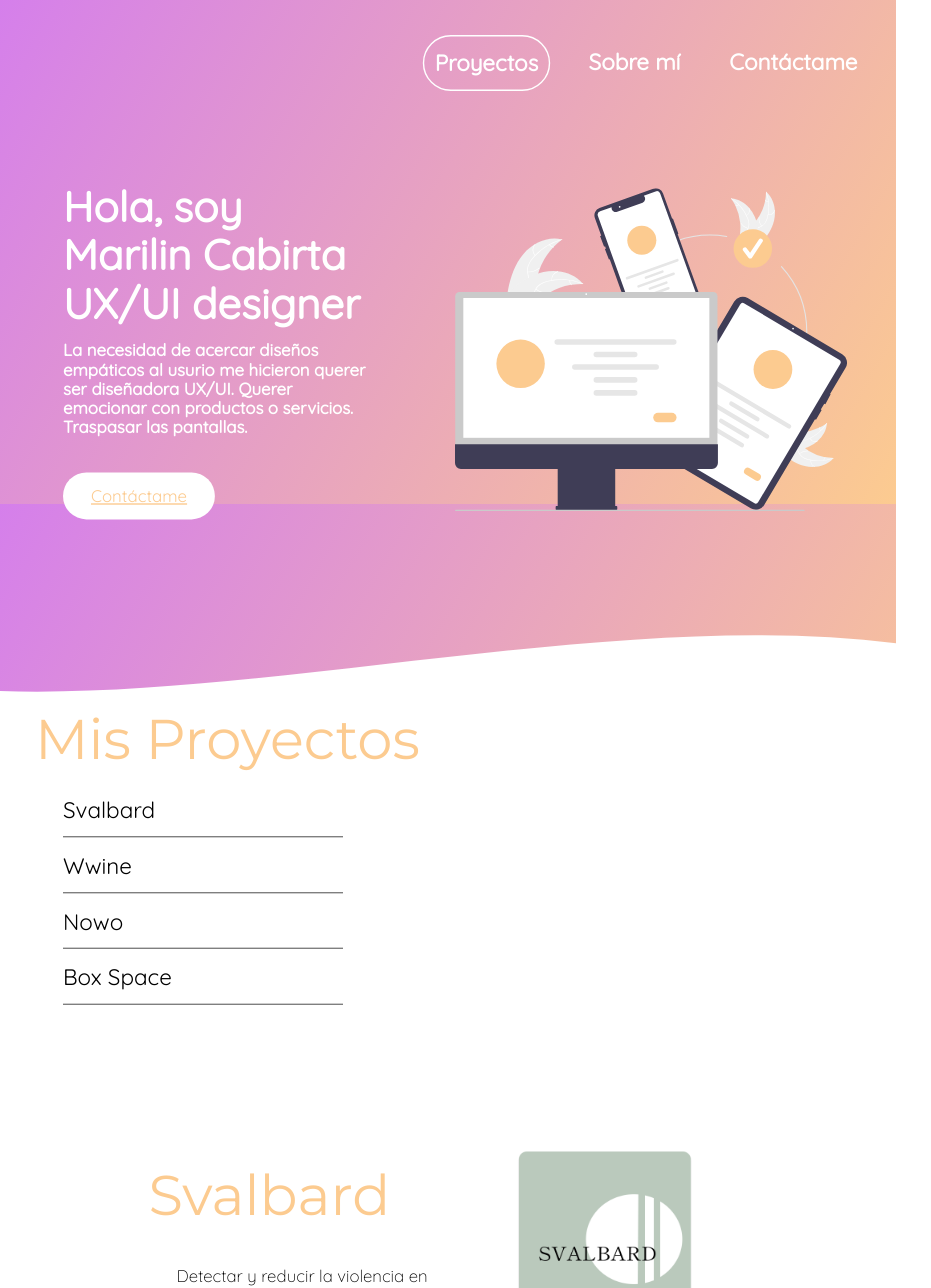
Repository: Marilyncabirta/portfolioHTML
Page: index.html
An editor plug-in stored every save of this project. The page is shown before and after the next save, followed by the edit.
The browser window is 1280 px wide. The page is 1330 px wide, so the pictures cover 1330 px, including what lies to the right of the window. The pictures show the part of the page from y = 0 to 1840 px (the page is 5168 px tall), at 70% of full size.
Backgrounds fixed to the window are drawn as part of the page. Some web libraries are served in a nearby version.

Above is the page before, as saved 2022-12-16 12:24:13.

### index.html
<!DOCTYPE html>
<html lang="es">
<head>
    <meta charset="UTF-8">
    <meta name="viewport" content="width=device-width, initial-scale=1.0">
    <title>Portafolio AlexCG</title>
    <link rel="stylesheet" href="css/normalize.css">
    <link rel="stylesheet" href="css/estilos.css">
    <link rel="preconnect" href="https://fonts.googleapis.com">
<link rel="preconnect" href="https://fonts.gstatic.com" crossorigin>
<link href="https://fonts.googleapis.com/css2?family=Montserrat:wght@100;400;700&family=Quicksand:wght@300;400&display=swap" rel="stylesheet">
</head>


<body>

    <header class="hero">
        <div class="contenedor">
            <nav class="nav">
                <a href="" class="nav__items nav__items--cta">Proyectos</a>
                <a href="" class="nav__items">Sobre mí</a>
                <a href="" class="nav__items">Contáctame</a>
            </nav>

            <section class="hero__contenedor">
                <div class="hero__texts">
                    <h1 class="hero__title">Hola, soy Marilin Cabirta UX/UI designer</h1>
                    <h2 class="hero_subtitle">La necesidad de acercar diseños empáticos al usurio me hicieron querer ser diseñadora UX/UI. Querer emocionar con productos o servicios. Traspasar las pantallas.</h2>
                    <a href="" class="hero_cta">Contáctame</a>
                </div>
                <div class="contenedor_ilustraciones">
                    <img class="hero_image" src="assets/hero1.svg" alt="marilincabirta">
                </div>
            </section>
        </div>
        <div>
            <div class="hero_wave" style= "overflow:hidden;" ><svg viewBox="0 0 500 150" preserveAspectRatio="none" style="height: 100%; width: 100%;"><path d="M-0.56,130.76 C150.00,150.00 349.20,-49.99 503.38,30.10 L500.00,150.00 L0.00,150.00 Z" style="stroke: none; fill: #fff;"></path></svg></div>
        </div>
    </header>

    <main >
        <section class="presentacion__container">
            <h2 class="subtitle">Mis Proyectos</h2>
            <div class="lista">
                <ul>
                    <li><a class="nombres" href="#">Svalbard<a></li>
                        <div class="linea"></div>
                    <li><a class="nombres" href="#">Wwine</a></li>
                        <div class="linea"></div>
                    <li><a class="nombres" href="#">Nowo</a></li>
                        <div class="linea"></div>
                    <li><a class="nombres" href="#">Box Space</a></li>
                        <div class="linea"></div>

                </ul>
            </div>
        </section>

        <section class="about__container">
            <div class="about__texts">
                <h2 class="subtitle">Svalbard</h2>
                <p class="about__paragraph">Detectar y reducir la violencia en redes sociales</p>
                <p class="about__content">Cada dia se reciben mas y mas denuncias por acoso en redes, se usa la anonimidad para sacar a relucir lo peor del ser humano. En base a esto creamos SVALBARD. Desarrollada para conocer quien esta detrás de mensajes toxicos, fotos de perfil amigables, y cual es el historial de nuestros seguidores. Conoce más!</p>
                <a class="about__button" href="">Conoce más</a>
            </div>
            <div class="about__img">
                <img class="about__picture" src="assets/LOG IN.png"   alt="">
            </div>
        </section>

        <section class="about__container">
            <div class="about__img">
                <img src="assets/wwine mockup.jpg" class="about__picture"alt="">
            </div>
            <div class="about__texts">
                <h2 class="subtitle">Wwine</h2>
                <p class="about__paragraph">¿Quién no ha deseado alguna vez poder saber más de un vino antes de comprarlo?</p>
                <p class="about__content">Le damos forma a los deseos de todos los consumidores de vino y desarrollamos este dispositivo para poder conocer las propiedades olfativas de un vino antes de comprarlo. No nos crees? Te contamos más!</p>
                <a class="about__button" href="">Conoce más</a>
            </div>

        </section>

        <section class="about__container">
            <div class="about__texts">
                <h2 class="subtitle">Nowo</h2>
                <p class="about__paragraph">Mejoramos tu forma de viajar</p>
                <p class="about__content">Millones de personas se desplazan todos los días por ocio o por trabajo y su principal carga son las maletas. Venimos a revolucionar el concepto de viajar. Nosotros nos ocupamos de las maletas, ofreciéndote los packs más completos para que nada te falte!</p>
                <a class="about__button" href="">Conoce más</a>
            </div>
            <div class="about__img">
                <img src="assets/Nowo by rebellion 1.jpg" class="about__picture" alt="">
            </div>
        </section>

        <section class="about__container">
            <div class="about__img">
                <img src="assets/mock uo.jpg" class="about__picture" alt="">
            </div>
            <div class="about__texts">
                <h2 class="subtitle">Box Space</h2>
                <p class="about__paragraph">Como conseguimos que haya más usuarios en los parques urbanos?</p>
                <p class="about__content">Esta App fue creada para mejorar la asistencia a los parques urbanos. En un mundo con prisas, acercamos la tecnología y la era digital a aquellos entornos naturales que nos encanta disfrutar, pero que todavía no nos permiten desarrollar todas nuestras facetas diarias cómodamente.Descúbrela!</p>
                <a class="about__button" href="">Conoce más</a>
            </div>

        </section>

    </main>

    <footer class="footer">
        <div container class="container footer__grid">
            <nav class="nav nav--footer">
                <a class="nav_items nav__items--footer" href="">Inicio </a>
                <a class="nav_items nav__items--footer" href="">Sobre mí</a>
                <a class="nav_items nav__items--footer" href="">Proyectos</a>
            </nav>

            <section class="footer__contact">
                <h3 class="footer__title"> Contáctame</h3>
                <div class="footer__icons">
                    <span class="footer__container-icons">
                        <a href="#" class="fab fa-medium footer__icon"></a>
                    </span>
                    <span class="footer__container-icons">
                        <a href="#" class="fab fa-linkedin footer__icon"></a>
                    </span>
                    <span class="footer__container-icons">
                        <a href="#" class="fab fa-mailchimp footer__icon"></a>
                    </span>

                </div>
            </section>



        </div>
    </footer>







    <script src="https://kit.fontawesome.com/b4fd9d412c.js" crossorigin="anonymous"></script>
</body>
</html>

### css/estilos.css

@import url('https://fonts.googleapis.com/css2?family=Montserrat:wght@100;400;700&family=Quicksand:wght@300;400&display=swap');


:root{
    --background:linear-gradient(120deg,#d57feb   0%,#fccb90 100%);
    --color-secondary:#fccb90;
    --color-primary: white;
    --boton-padding: 20px 40px;
}
body{

    font-family: 'Montserrat', sans-serif;
    font-family: 'Quicksand', sans-serif;
}

.hero{
    width: 100%;
    height: 1000px;
    background-image: var(--background);
    background-repeat: no-repeat;
    background-attachment: fixed;
    position: relative;
}

.contenedor{
  padding: 20px 0;

}
.hero__contenedor{
    width: 100%;
    display: grid;
    grid-template-columns: 1fr 1fr ;
    height: 100%;
    justify-content: space-evenly;
    align-items: center;
    padding-bottom: 50px;
    margin: 50px;

}

.subtitle{
    color: var(--color-secondary);
    font-size: 3.5rem;
    margin:0px 0px 20px 60px;
    text-align: left;
}

.contenedor_ilustraciones{
    width: 800px;
    height: auto;
    text-align: center;
    justify-content: center;
}

.hero__texts{
    width: 50%;
    height: inherit;
    color: white;
    margin-top: 20px;
    margin: 0 60px;
}
.hero_image{
    width: 70%
}

.hero_wave{
    position: absolute;
    bottom: 0;
    left: 0;
    height: 100px;
    width: 100%;
}

.nav{
    display: flex;
    justify-content: flex-end;
    height: 80px;
    align-items: right;
    font-weight: 700;
    margin-top: 30px;

}

.nav--footer{
    font-weight: 300;
    justify-content: flex-start;
}

.nav__items{
    color: white;
    text-decoration: none;
    font-size: 32px;
    padding: 20px 15px;
    margin-right: 40px;
    font-weight: inherit;
}

.nav__items--cta{
    border: 2px solid white;
    border-radius: 40px;
}

.nav__items:hover{
    text-decoration: underline;
}
.nav__items--footer{
    padding: 10px;
}



.hero_cta{
    display: inline-block;
    font-size: 24px;
    background-color: var(--color-primary);
    color: #fccb90;
    padding: 20px 40px;
    margin-top: 30px;
    border-radius: 40px;
    text-align: center;
    justify-content: center;
}

.hero__texts{
    width: 90%;
    margin: 40px;
}

.hero__title{
    font-size: 60px;
    margin-top: 80px;

}

.hero__subtitle{
    font-size: 2rem;
    font-weight: 400;
    margin: 20px 0;
}

/* presentacion proyectos */



.presentacion__container{
    width: 60%;
    height: auto;
    padding-top: 0;
    text-align: center;
    text-decoration: none;
    margin-left: 50px;
}

.subtitle{
    font-size: 56px;
    color:var(--color-secondary);
    padding-bottom: 10px;
    font-weight: 700;
}

.presentacion__container li{
    font-size: 32px;
    margin-top: 10px;
    padding: 10px 0;
    text-decoration: none;
}

.lista li{
 text-decoration: none;
 list-style: none;
 text-align: left;

}

.lista a{
    text-decoration: none;
    color: black;

}

.lista li:hover{
    font-size: 3.5rem;
    transition: 1s;
}

.lista div{
    border-top: 1px solid black;
    height: 2px;
    max-width: 400px;
    padding: 0;
    margin: 10px 0 auto 0;

}

.about__container{
    width: 70%;
    min-height: 800px;
    max-width: 1300px;
    height: auto;
    display: grid;
    grid-template-columns: 1fr 1fr ;
    margin: 60px auto;
    background-color: var(--color-primary);
    align-items: center;

}

.about__texts{
    width: 100%;
    justify-content: center;
    text-align: left;
    margin: 20px ;

}
.about__img{
     justify-content: center;
    text-align: center;
    margin: 20px;

}

.subtitle{
    font-size: 80px;
    font-family: "Montserrat";
    font-weight: 400;
    margin: 10px auto;

}



.about__picture{
    width: 250px;
    height: 500px;
    max-height: 800px;
}

.about__paragraph{
    margin: 40px 40px;
    line-height: 1.5;
    font-weight: 300;
    font-size: 24px;
}

.about__content{
    font-size: 16px;
    margin: 40px 40px;
    text-align: left;
    line-height: 1.5;
    font-weight: 300;
}

.about__button{
    margin: 60px 40px;
    padding: 10px 10px;
    background-color:var(--color-secondary);
    color: white;
    border-radius: 20px;
    text-align: center;
    text-decoration: none;
}

/* footer */

.footer{
    background:var(--background);
    padding-bottom: 40px;



}

.footer__grid{
    display: grid;
    grid-template-columns: 3fr 2fr;
    gap: 20px;
    align-items: center;
    margin: 40px;
}

.nav_items{
    text-decoration: none;
    color: white;
    font-size: 20px;
    margin:0 0 0 10px;
}

.footer__title{
    font-weight: 400;
    color: white;
    font-size:2rem ;
    margin-bottom: 20px;
    text-align: center;
}

.footer__icons{
    display: flex;
    justify-content: space-evenly;
    font-size: 32px;
}

.footer__container-icons{
    display: inline-block;
    width: 60px;
    height: 60px;
    color: white;
    text-align: center;
    border: 1px solid white;
    border-radius: 50%;

}

.footer__icon{
    color: white;
    text-decoration: none;
    font-size: 30px;

}

.fab.footer__icon{
line-height: 60px;
text-decoration: underline;
}


/* responsive design */

@media screen and (max-width:800px){
        :root{
            --botton-padding:18px 40px;
        }

        .nav{
            justify-content:space-between
        }
        .nav__items--cta{
            border: none;
        }

        .nav__items{
            color: white;
            text-decoration: none;
            font-size: 24px;
            padding: 10px 20px;
            margin-right: 60px;
            font-weight: inherit;
        }

        .nav__items--footer{
            border: none;
        }
        .hero{
            width: 100%;
        }

        .hero__texts{
            width: 90%;
            margin-bottom: 50px;
        }
        .hero__title{
            font-size: 2.5rem;
            margin-bottom: 20px;
        }

        .hero__subtitle{
            font-size: 1.5rem;
        }

        .hero{
            width: 100%;
            height: 800px;
            background-image: var(--background);
            background-repeat: no-repeat;
            background-attachment: fixed;
            position: relative;
        }

        .about__container{
            width: 100%;
            min-height: 600px;
        }
        .about__texts{
            width: 100%;
            justify-content: center;
            text-align: center;
            margin: 60px 0px;

        }

        .hero_image{
            width: 70%;
        }

        .presentacion__container{
            width: 80%;
        }

         .about__img{
            width: auto;
            text-align: center;
        }
    .footer{
        width: 100%;
    }
}


@media screen and (max-width:500px){

    :root{
        --botton-padding:15px 20px;
    }

    .hero{
        width: 100%;
        height: auto;
        position: relative;
    }
    .hero__contenedor{
        width: 100%;
        display: grid;
        grid-template-columns: 1fr;
        height: 100%;
        justify-content: center;
        align-items: center;
        padding-bottom: 80px;

    }
    .nav{
        flex-wrap: nowrap;
        justify-content: space-evenly;
        margin-top: 10px;

    }
    .nav__items--cta{
        border: none;
    }

    .nav__items{
        color: white;
        text-decoration: none;
        font-size: 20px;
        padding: 10px 20px;
        margin-right: 20px;

    }

    .nav__items--footer{
        border: none;
    }


    .hero__texts{
        margin-bottom: 50px;
        text-align: center;
    }
    .hero__title{
        font-size: 2rem;
        margin-bottom: 20px;
    }

    .hero__subtitle{
        font-size: 2rem;
        margin-bottom: 20px;
    }


    /* about */

    .subtitle{
        font-size: 2.5rem;
    }
    .about__paragraph{
        margin: 10px 10px;
        line-height: 1.5;
        font-weight: 300;
        font-size: 16px;
        text-align: left;
    }

    .about__content{
        font-size: 16px;
        margin: 10px 10px 40px 10px ;
        text-align: left;
        line-height: 1.5;
        font-weight: 300;
    }

    .nombres{
        font-size: 24px;
    }

    .about__container{
        width: 80%;
        min-height: 600px;
        height: auto;
        display: grid;
        margin: 20px auto;
        background-color: var(--color-primary);
        align-items: center;
     }

     .about__picture{
        width: 140px;
        height: 300px;
        max-height: 800px;

    }
     .contenedor_ilustraciones{
        width: 100%;
        height: auto;
        text-align: center;
        justify-content: center;
    }

    .about__texts:nth-child(2), :nth-child(4){
        grid-row: 1/2;
     }

     /* Footer */
     }

Loaded but not shown: css/normalize.css (library)

After the next save:
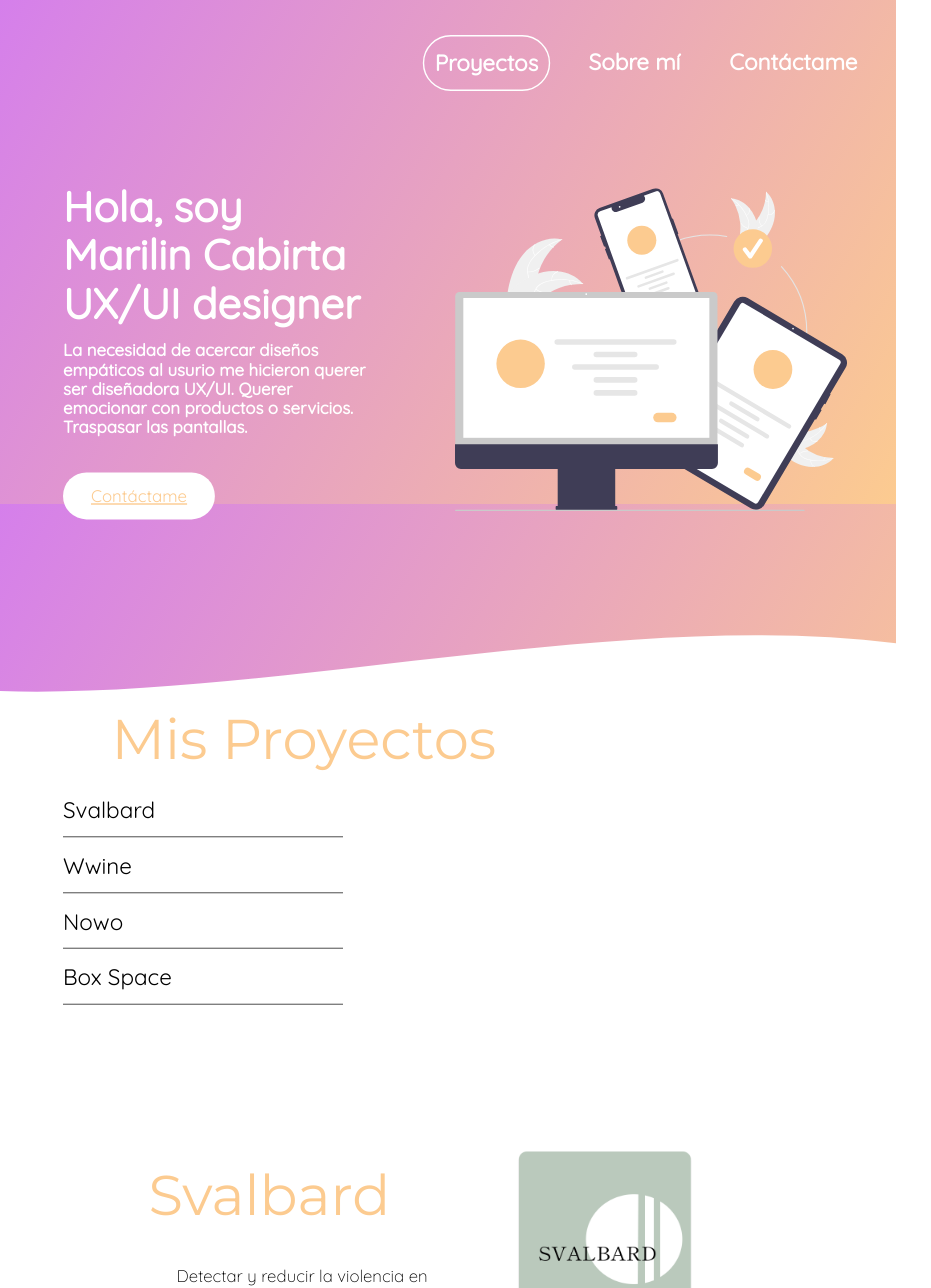
Saved 69 s later.
--- a/css/estilos.css
+++ b/css/estilos.css
@@ -39,12 +39,6 @@ body{
 
 }
 
-.subtitle{
-    color: var(--color-secondary);
-    font-size: 3.5rem;
-    margin:0px 0px 20px 60px;
-    text-align: left;
-}
 
 .contenedor_ilustraciones{
     width: 800px;
